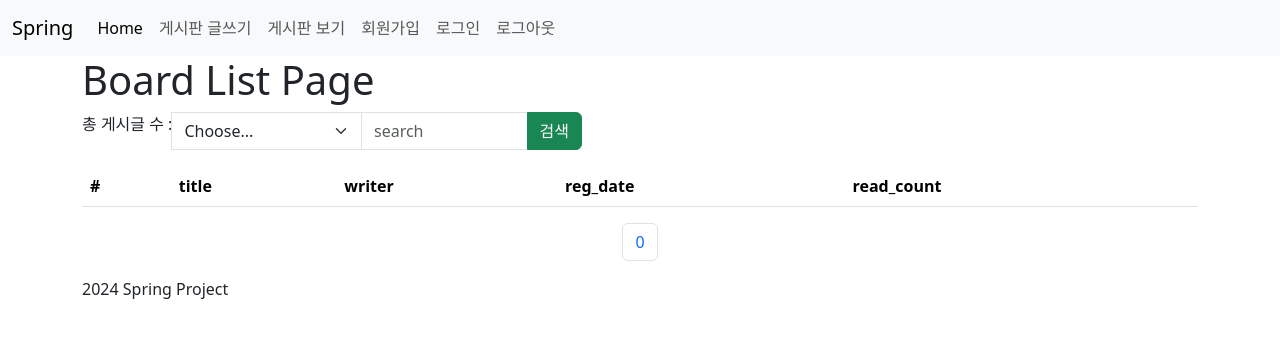
Repository: havanara/240423_SPRING_Project
Page: http://localhost/spring_study/WEB-INF/views/board/list.jsp
The author's editor kept a copy of each file at every save. The page is drawn from the files as they stood at one save, then again after the next save.
The browser window is 1280 px wide. The pictures show the whole page.
The page is served by Tomcat 9. Nobody is signed in. The template is opened directly, without the code that normally fills it, so the values that code supplies are empty.

Above is the page before, as saved 2024-04-25 02:37:21.

### spring_study/src/main/webapp/WEB-INF/views/board/list.jsp
<%@ page language="java" contentType="text/html; charset=UTF-8"
    pageEncoding="UTF-8"%>
    <%@taglib uri="http://java.sun.com/jsp/jstl/core" prefix="c"%>

<jsp:include page="../layout/header.jsp" />

<div class="container-md">
	<h1>Board List Page</h1>

	<!-- 검색 라인 -->
	<form action="">
		<div class="input-group mb-3" style="width: 500px;">
		총 게시글 수 : ${ph.totalCount } <br>
			<select class="form-select" aria-label="Default select example">
			  <option selected>Choose...</option>
			  <option value="title">title</option>
			  <option value="writer">writer</option>
			  <option value="content">content</option>
			</select>
			<input class="form-control" type="text" placeholder="search" aria-label="default input example">
			<button type="submit" class="btn btn-success">검색</button>
		</div>
	</form>

	<table class="table table-hover">
		<thead>
			<tr>
				<th>#</th>
				<th>title</th>
				<th>writer</th>
				<th>reg_date</th>
				<th>read_count</th>
			</tr>
		</thead>
		<tbody class="table-group-divider">
		<c:forEach items="${list }" var="bvo">
			<tr>
				<td>${bvo.bno }</td>
				<td><a href="/board/detail?bno=${bvo.bno }">${bvo.title }</a></td>
				<td>${bvo.writer }</td>
				<td>${bvo.reg_date }</td>
				<td>${bvo.read_count }</td>
			</tr>
		</c:forEach>
		</tbody>
	</table>

	<!-- 페이지네이션 라인 -->
	<nav aria-label="Page navigation example">
		<ul class="pagination justify-content-center">
			<c:if test="${ph.prev }">
				<li class="page-item">
					<a class="page-link" href="/board/list?pageNo=${ph.startPage-1 }&qty=${ph.pgvo.qty}">이전</a>
				</li>
			</c:if>

			<c:forEach begin="${ph.startPage }" end="${ph.endPage }" var="i">
				<li class="page-item"><a class="page-link" href="/board/list?pageNo=${i }&qty=${ph.pgvo.qty}">${i }</a></li>
			</c:forEach>

			<c:if test="${ph.next }">
				<li class="page-item">
					<a class="page-link" href="/board/list?pageNo=${ph.endPage+1 }&qty=${ph.pgvo.qty}">다음</a>
				</li>
			</c:if>
		</ul>
	</nav>
</div>

<jsp:include page="../layout/footer.jsp" />

### spring_study/src/main/webapp/WEB-INF/views/layout/header.jsp
<%@ page language="java" contentType="text/html; charset=UTF-8"
    pageEncoding="UTF-8"%>
<!DOCTYPE html>
<html>
<head>
<meta charset="UTF-8">
<title>header.jsp</title>
<link href="https://cdn.jsdelivr.net/npm/bootstrap@5.3.3/dist/css/bootstrap.min.css" rel="stylesheet" integrity="sha384-QWTKZyjpPEjISv5WaRU9OFeRpok6YctnYmDr5pNlyT2bRjXh0JMhjY6hW+ALEwIH" crossorigin="anonymous">
<script src="https://cdn.jsdelivr.net/npm/bootstrap@5.3.3/dist/js/bootstrap.bundle.min.js" integrity="sha384-YvpcrYf0tY3lHB60NNkmXc5s9fDVZLESaAA55NDzOxhy9GkcIdslK1eN7N6jIeHz" crossorigin="anonymous"></script>
</head>
<body>
<nav class="navbar navbar-expand-lg bg-body-tertiary">
  <div class="container-fluid">
    <a class="navbar-brand" href="#">Spring</a>
    <button class="navbar-toggler" type="button" data-bs-toggle="collapse" data-bs-target="#navbarSupportedContent" aria-controls="navbarSupportedContent" aria-expanded="false" aria-label="Toggle navigation">
      <span class="navbar-toggler-icon"></span>
    </button>
    <div class="collapse navbar-collapse" id="navbarSupportedContent">
      <ul class="navbar-nav me-auto mb-2 mb-lg-0">
        <li class="nav-item">
          <a class="nav-link active" aria-current="page" href="#">Home</a>
        </li>
        <li class="nav-item">
          <a class="nav-link" href="/board/register">게시판 글쓰기</a>
        </li>
        <li class="nav-item">
          <a class="nav-link" href="/board/list">게시판 보기</a>
        </li>
        <li class="nav-item">
          <a class="nav-link" href="#">회원가입</a>
        </li>
        <li class="nav-item">
          <a class="nav-link" href="#">로그인</a>
        </li>
        <li class="nav-item">
          <a class="nav-link" href="#">로그아웃</a>
        </li>
      </ul>
    </div>
  </div>
</nav>

### spring_study/src/main/webapp/WEB-INF/views/layout/footer.jsp
<%@ page language="java" contentType="text/html; charset=UTF-8"
    pageEncoding="UTF-8"%>
<!DOCTYPE html>

<div class="container-md">
	2024 Spring Project
</div>

</body>
</html>

After the next save:
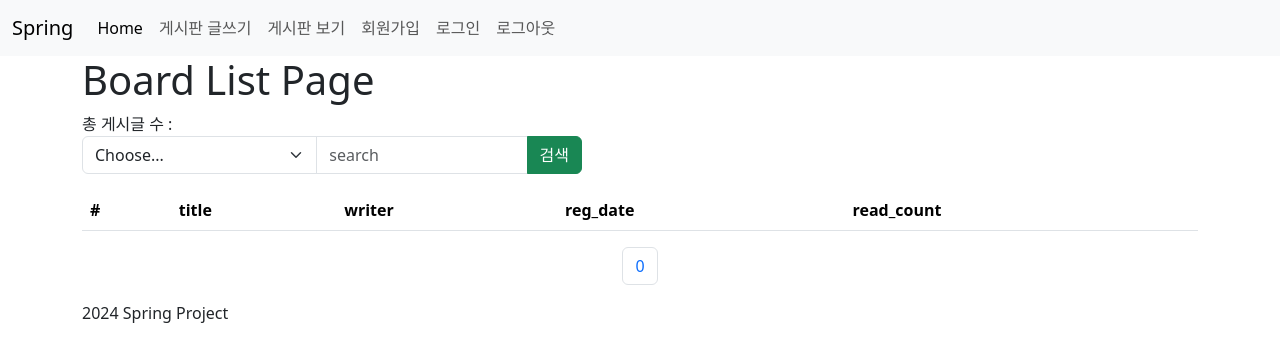
Saved 8 s later.
--- a/spring_study/src/main/webapp/WEB-INF/views/board/list.jsp
+++ b/spring_study/src/main/webapp/WEB-INF/views/board/list.jsp
@@ -9,8 +9,8 @@
 
 	<!-- 검색 라인 -->
 	<form action="">
+		총 게시글 수 : ${ph.totalCount } <br>
 		<div class="input-group mb-3" style="width: 500px;">
-		총 게시글 수 : ${ph.totalCount } <br>
 			<select class="form-select" aria-label="Default select example">
 			  <option selected>Choose...</option>
 			  <option value="title">title</option>
